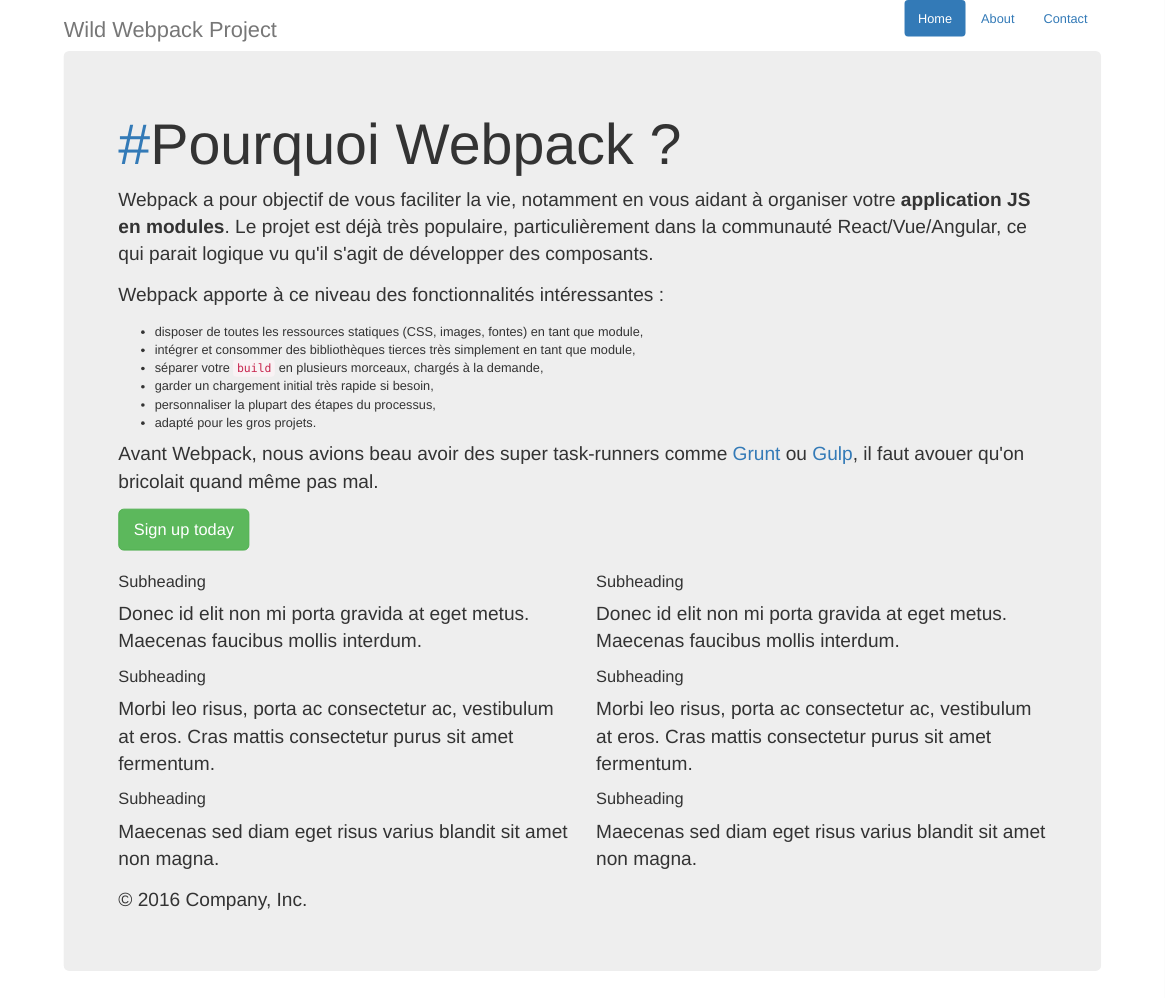
Repository: Symfomany/wildwebpack
Page: src/index.html
The author's editor kept a copy of each file at every save. The page is drawn from the files as they stood at one save, then again after the next save.
The browser window is 1280 px wide. The pictures show the whole page, at 91% of full size.

Above is the page before, as saved 2017-03-03 07:15:10.

### src/index.html
<!doctype html>
<html lang="fr">
<head>
  <meta charset="utf-8">
  <meta name="viewport" content="width=device-width, initial-scale=1">
  <title>Wild Webpack 2</title>
  <!--cdn Boostrap-->
  <link rel="stylesheet" type="" href="https://maxcdn.bootstrapcdn.com/bootstrap/3.3.7/css/bootstrap.min.css">
  <link href='http://fonts.googleapis.com/css?family=Roboto' rel='stylesheet' type='text/css'>

</head>
<body>
 <div class="container">
      <div class="header clearfix">
        <nav>
          <ul class="nav nav-pills pull-right">
            <li role="presentation" class="active"><a href="#">Home</a></li>
            <li role="presentation"><a href="#">About</a></li>
            <li role="presentation"><a href="#">Contact</a></li>
          </ul>
        </nav>
        <h3 class="text-muted">Wild Webpack Project</h3>
      </div>

      <div class="jumbotron">
        <div class="phenomic-BodyContainer" data-reactid="57"><h1 id="pourquoi-webpack-"><a href="#pourquoi-webpack-" class="phenomic-HeadingAnchor">#</a>Pourquoi Webpack ?</h1>
          <p>Webpack a pour objectif de vous faciliter la vie, notamment en vous aidant à
          organiser votre <b>application JS en modules</b></a>.
          Le projet est déjà très populaire, particulièrement dans la communauté React/Vue/Angular, ce qui
          parait logique vu qu'il s'agit de développer des composants.</p>
          <p>Webpack apporte à ce niveau des fonctionnalités intéressantes :</p>
          <ul>
          <li>disposer de toutes les ressources statiques (CSS, images, fontes) en tant que
          module,</li>
          <li>intégrer et consommer des bibliothèques tierces très simplement en tant
          que module,</li>
          <li>séparer votre <code>build</code> en plusieurs morceaux, chargés à la demande,</li>
          <li>garder un chargement initial très rapide si besoin,</li>
          <li>personnaliser la plupart des étapes du processus,</li>
          <li>adapté pour les gros projets.</li>
          </ul>
          <p>Avant Webpack, nous avions beau avoir des super task-runners comme
          <a href="">Grunt</a>
          ou
          <a href="">Gulp</a>,
          il faut avouer qu'on bricolait quand même pas mal.</p>

        <p><a class="btn btn-lg btn-success" href="#" role="button">Sign up today</a></p>
      </div>

      <div class="row marketing">
        <div class="col-lg-6">
          <h4>Subheading</h4>
          <p>Donec id elit non mi porta gravida at eget metus. Maecenas faucibus mollis interdum.</p>

          <h4>Subheading</h4>
          <p>Morbi leo risus, porta ac consectetur ac, vestibulum at eros. Cras mattis consectetur purus sit amet fermentum.</p>

          <h4>Subheading</h4>
          <p>Maecenas sed diam eget risus varius blandit sit amet non magna.</p>
        </div>

        <div class="col-lg-6">
          <h4>Subheading</h4>
          <p>Donec id elit non mi porta gravida at eget metus. Maecenas faucibus mollis interdum.</p>

          <h4>Subheading</h4>
          <p>Morbi leo risus, porta ac consectetur ac, vestibulum at eros. Cras mattis consectetur purus sit amet fermentum.</p>

          <h4>Subheading</h4>
          <p>Maecenas sed diam eget risus varius blandit sit amet non magna.</p>
        </div>
      </div>

      <footer class="footer">
        <p>© 2016 Company, Inc.</p>
      </footer>

    </div>
</body>
</html>

After the next save:
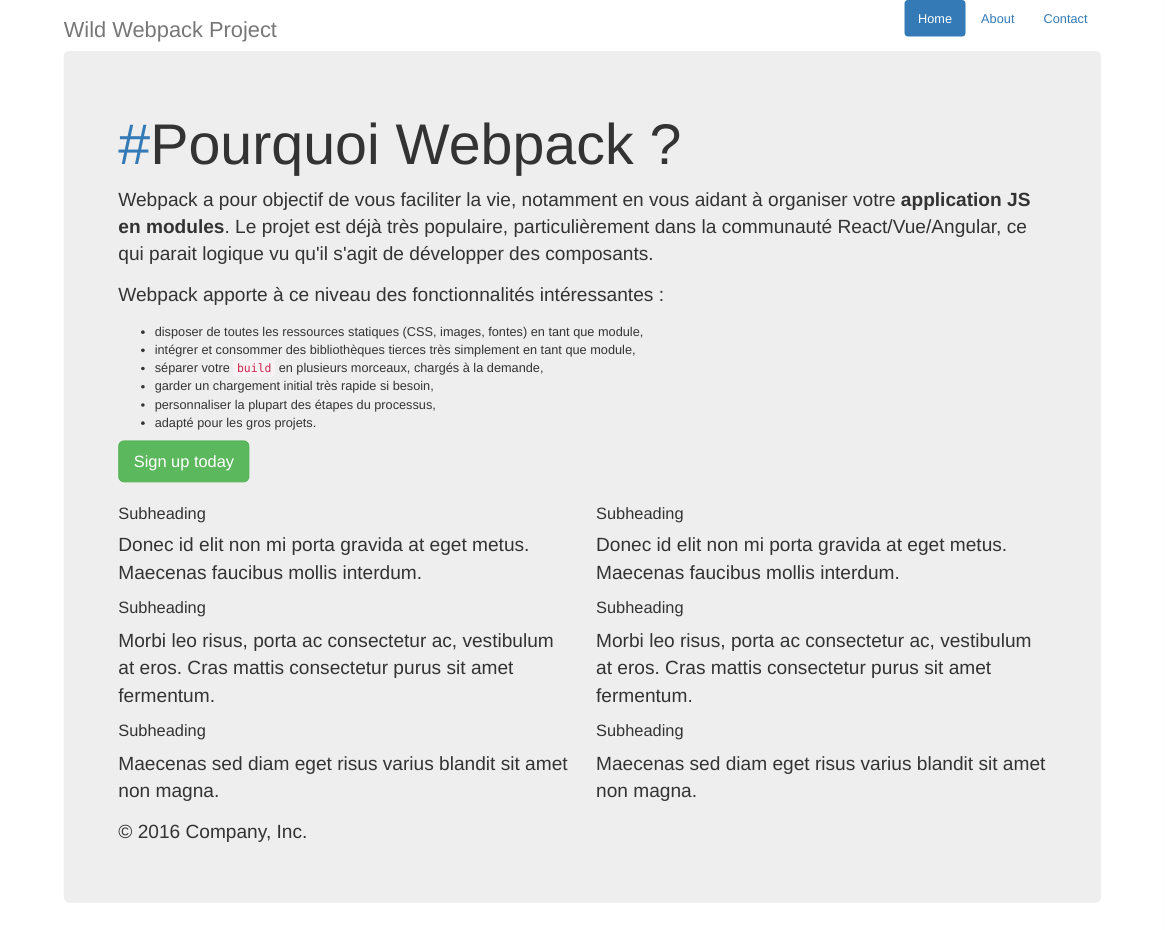
Saved 24 s later.
--- a/src/index.html
+++ b/src/index.html
@@ -39,12 +39,6 @@
           <li>personnaliser la plupart des étapes du processus,</li>
           <li>adapté pour les gros projets.</li>
           </ul>
-          <p>Avant Webpack, nous avions beau avoir des super task-runners comme
-          <a href="">Grunt</a>
-          ou
-          <a href="">Gulp</a>,
-          il faut avouer qu'on bricolait quand même pas mal.</p>
-
         <p><a class="btn btn-lg btn-success" href="#" role="button">Sign up today</a></p>
       </div>
 
